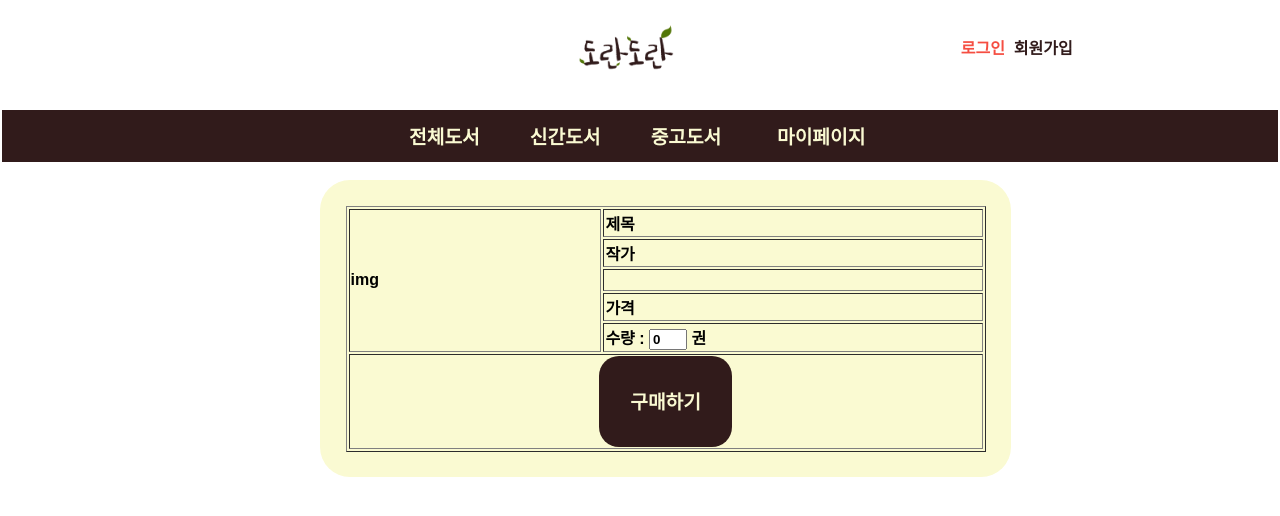
Repository: juhyun110701/DORANDORAN
Page: http://localhost/dorandoran/bookView.jsp
An editor plug-in stored every save of this project. The page is shown before and after the next save, followed by the edit.
The browser window is 1280 px wide. The pictures show the whole page.
Some web fonts or font styles are not loaded; a fallback is used. The page is served by Tomcat 9.

Above is the page before, as saved 2019-07-31 12:32:41.

After the next save:
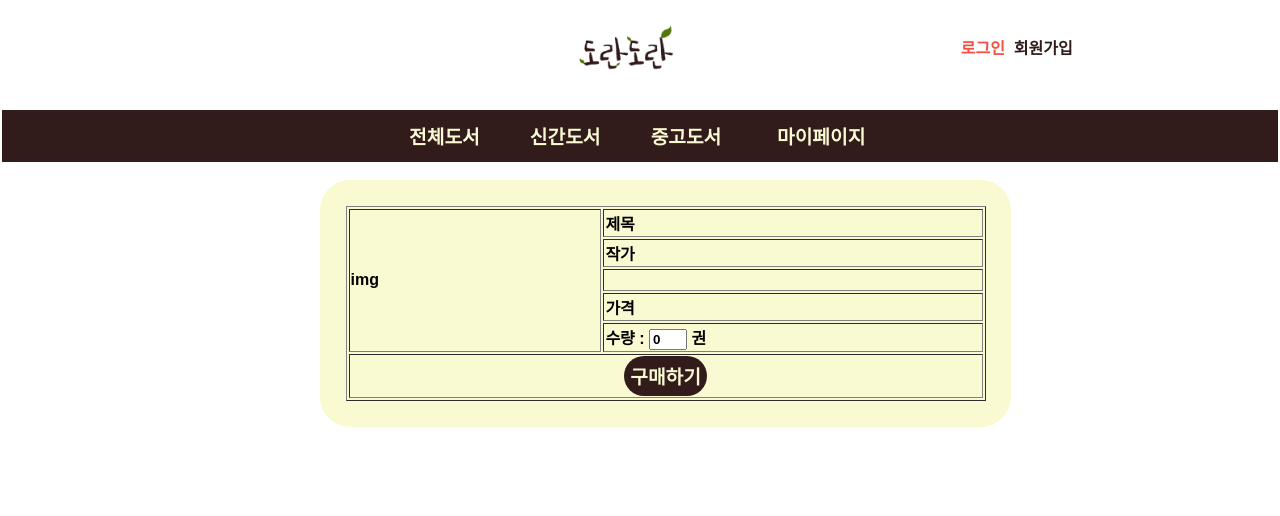
Saved 8 s later.
--- a/dorandoran/WebContent/css/bookView.css
+++ b/dorandoran/WebContent/css/bookView.css
@@ -30,7 +30,7 @@ a{
 	border-radius:20px;
 	border:0;
 	outline:0;
-	padding:5%;
+	padding:1%;
 	font-size:120%;
 }
 
